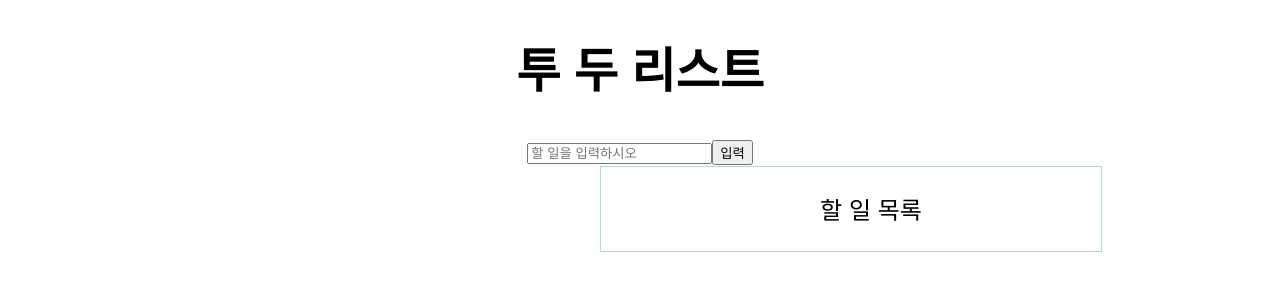
Repository: jun01270/Todo-List_React
Page: /
The author's editor kept a copy of each file at every save. The page is drawn from the files as they stood at one save, then again after the next save.
The browser window is 1280 px wide. The pictures show the whole page.
The project was rebuilt for these pictures with package versions that can differ from the ones it lists, and the page was loaded fresh each time.

Above is the page before, as saved 2023-01-03 01:03:11.

### public/index.html
<!DOCTYPE html>
<html lang="en">
  <head>
    <meta charset="utf-8" />
    <link rel="preconnect" href="https://fonts.googleapis.com" />
    <link rel="preconnect" href="https://fonts.gstatic.com" crossorigin />
    <link
      href="https://fonts.googleapis.com/css2?family=Nanum+Pen+Script&display=swap"
      rel="stylesheet"
    />
    <meta name="viewport" content="width=device-width, initial-scale=1" />
    <meta name="theme-color" content="#000000" />
    <meta
      name="description"
      content="Web site created using create-react-app"
    />
    <title>React App</title>
  </head>
  <body>
    <noscript>You need to enable JavaScript to run this app.</noscript>
    <div id="root"></div>
  </body>
</html>

### src/App.js
import "./App.css";
import Todo from "./todo";

function App() {
  return (
    <>
      <Todo />
    </>
  );
}

export default App;

### src/App.css
#todo {
  font-family: "Nanum Pen Script", cursive;
  font-size: x-large;
  display: flex;
  justify-content: center;
  text-align: center;
  flex-direction: column;
}

.todo-items {
  margin-left: 600px;
  width: 500px;
  border: 1px solid lightblue;
}

### src/todo.js
import { useState } from "react";
import "./App.css";

function Todo() {
  const [inputValue, setInputValue] = useState("");
  const [todoItems, setTodoItems] = useState([]);

  const handleInput = (e) => {
    setInputValue(e.target.value);
  };

  const handleTodo = (e) => {
    setTodoItems([...todoItems, inputValue]);
  };

  return (
    <div id="todo">
      <h1>투 두 리스트</h1>
      <div>
        <input
          type="text"
          placeholder="할 일을 입력하시오"
          onChange={handleInput}
          value={inputValue}
        ></input>
        <button onClick={handleTodo}>입력</button>
      </div>
      <div className="todo-items">
        <ul>할 일 목록</ul>
        {todoItems.map((todos) => (
          <div>{todos}</div>
        ))}
      </div>
    </div>
  );
}

export default Todo;

Loaded but not shown: src/index.js (common file); src/index.css (common file); src/reportWebVitals.js (common file)

After the next save:
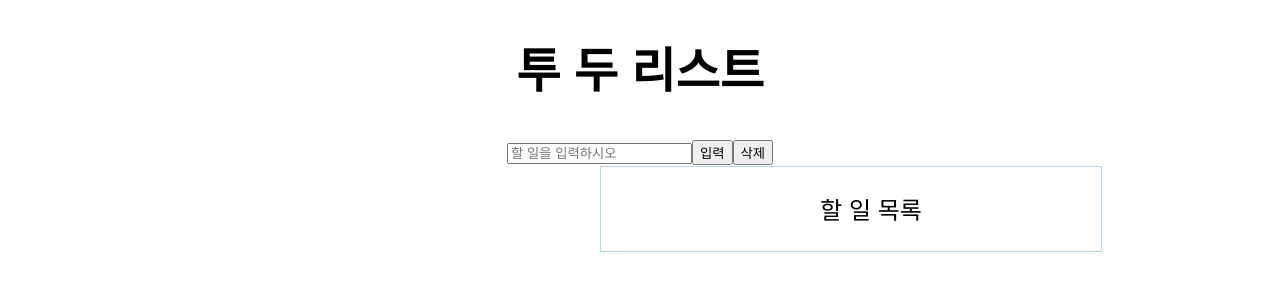
Saved 13 min 32 s later.
--- a/src/todo.js
+++ b/src/todo.js
@@ -24,6 +24,7 @@ function Todo() {
           value={inputValue}
         ></input>
         <button onClick={handleTodo}>입력</button>
+        <button>삭제</button>
       </div>
       <div className="todo-items">
         <ul>할 일 목록</ul>
